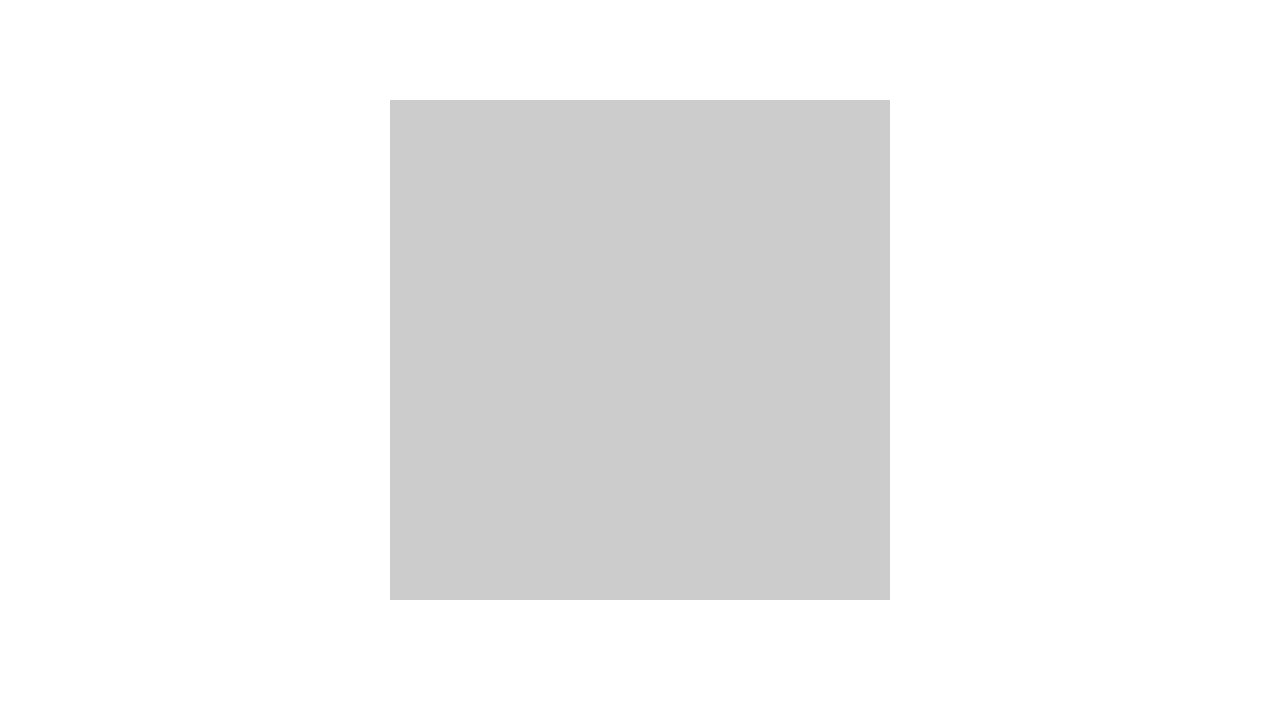
Repository: elvinyeka/SnakeGame
Page: index.html
The author's editor kept a copy of each file at every save. The page is drawn from the files as they stood at one save, then again after the next save.
The browser window is 1280 px wide. The pictures show the whole page.

Above is the page before, as saved 2020-11-07 20:37:57.

### index.html
<!DOCTYPE html>
<html lang="en">
<head>
    <meta charset="UTF-8">
    <meta name="viewport" content="width=device-width, initial-scale=1.0">
    <link rel="stylesheet" href="css/style.css">
    <title>Snake Game</title>
</head>
<body>
    <script src="js/snake.js"></script>
</body>
</html>

### css/style.css
* {
    box-sizing: border-box;
}

body {
    margin: 100px;
}

.ground {
    width: 500px;
    height: 500px;
    margin: 0 auto;
    display: flex;
    flex-wrap: wrap;
    background-color: #cccccc;
}

.excel{
    width:50px;
    height: 50px;
    padding:5px;
}

### js/snake.js
var ground = document.createElement('div');
document.body.appendChild(ground);
ground.classList.add('ground');

After the next save:
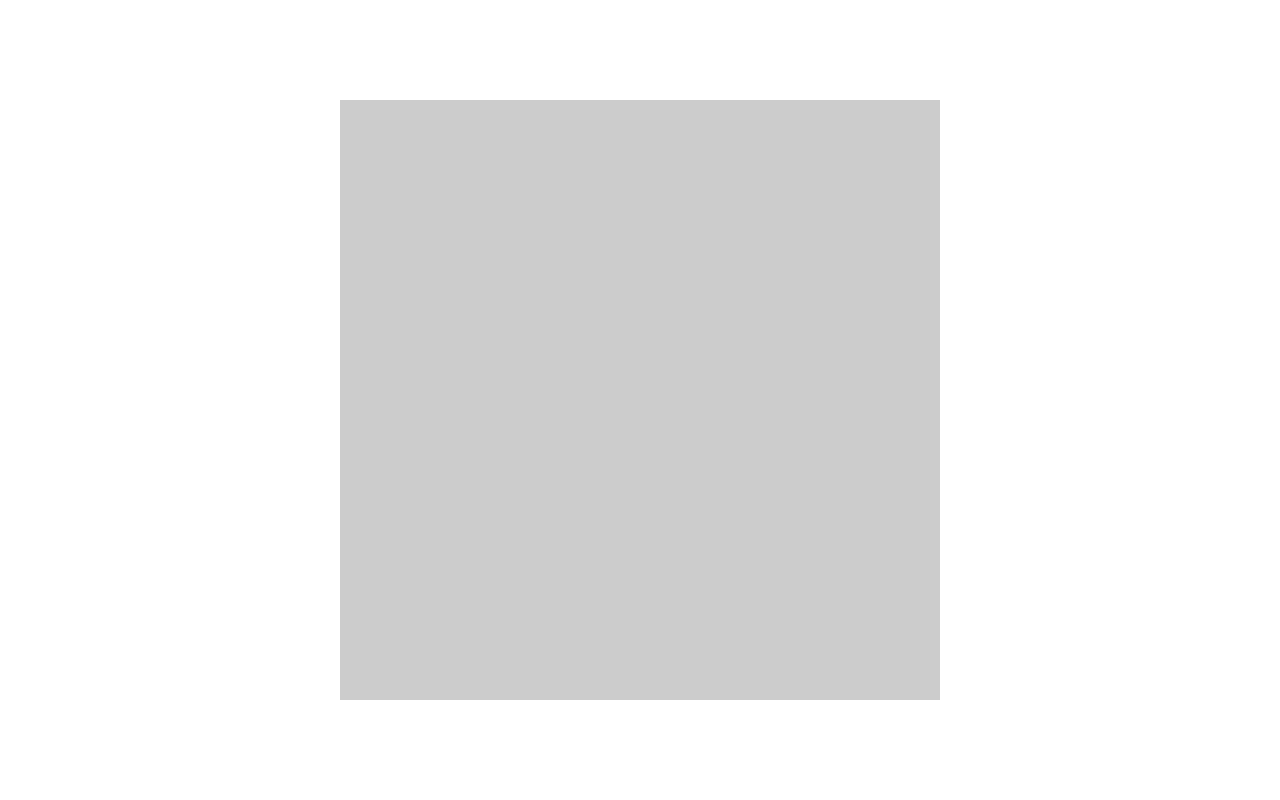
Saved 46 s later.
--- a/css/style.css
+++ b/css/style.css
@@ -7,8 +7,8 @@
 }
 
 .ground {
-    width: 500px;
-    height: 500px;
+    width: 600px;
+    height: 600px;
     margin: 0 auto;
     display: flex;
     flex-wrap: wrap;
